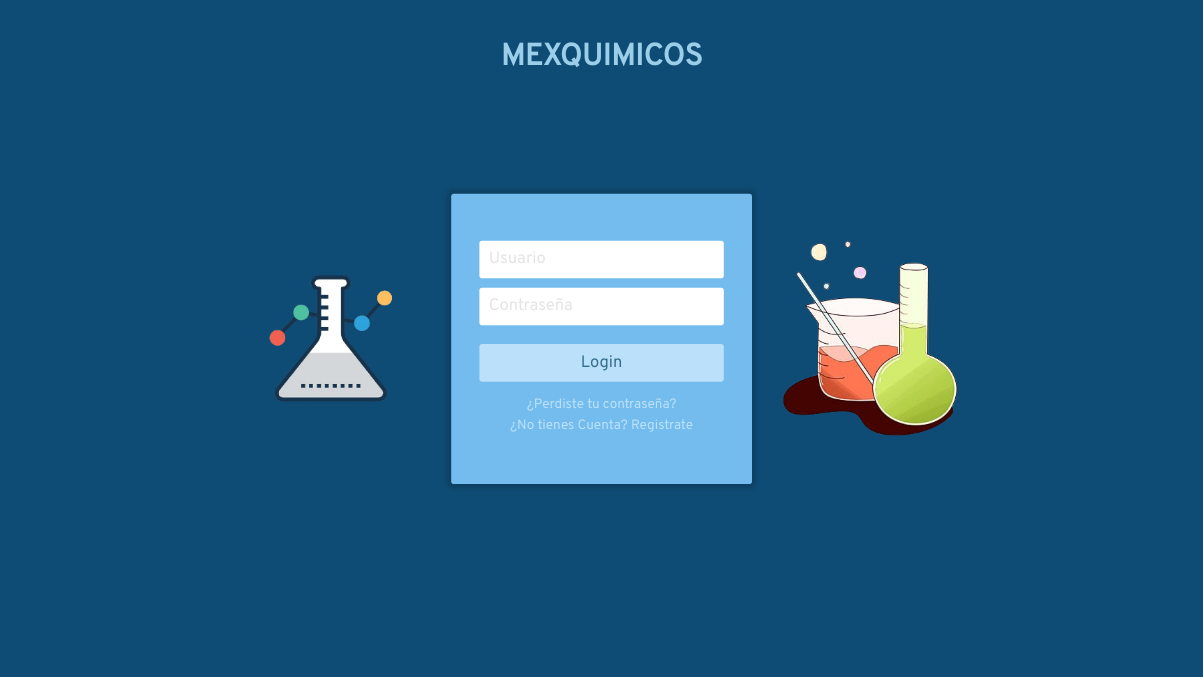
Repository: iDiv3r/MexiQuimicosIsay
Page: Index.html
The author's editor kept a copy of each file at every save. The page is drawn from the files as they stood at one save, then again after the next save.
The browser window is 1280 px wide. The pictures show the whole page, at 94% of full size.

Above is the page before, as saved 2023-11-26 16:25:26.

### Index.html
<!doctype html>
<html lang="es">

    <head>

        <meta charset="utf-8">

        <title> Formulario de Acceso </title>

        <meta name="viewport" content="width=device-width, initial-scale=1.0">
        <meta name="author" content="Videojuegos & Desarrollo">
        <meta name="description" content="Muestra de un formulario de acceso en HTML y CSS">
        <meta name="keywords" content="Formulario Acceso, Formulario de LogIn">

        <link href="https://fonts.googleapis.com/css?family=Nunito&display=swap" rel="stylesheet">
        <link href="https://fonts.googleapis.com/css?family=Overpass&display=swap" rel="stylesheet">
        <link rel="stylesheet" href="css/login.css">

        <style type="text/css">

        </style>

        <script type="text/javascript">

        </script>

    </head>
    <body>

        <div id="contenedor">
          <h1>MEXQUIMICOS</h1>
          <img src="img/L1.png" alt="logo" class="logo">
            <div id="central">
                <div id="login">
                    <form action="Controller.php" method="post">
                        <input type="text" name="txtCorreo" placeholder="Usuario" required>
                        <input type="password" placeholder="Contraseña" name="txtPass" required>
                        <button type="submit" title="Ingresar" name="btnIng">Login</button>
                    </form>
                    <div class="pie-form">
                        <a href="#">¿Perdiste tu contraseña?</a>
                        <a href="#">¿No tienes Cuenta? Registrate</a>
                    </div>
                </div>
            </div>
            <img src="img/L2.png" alt="logo" class="logo">
        </div>
    </body>
</html>

### css/login.css
body {
    font-family: 'Overpass', sans-serif;
    font-weight: normal;
    font-size: 100%;
    color: #9bcee9;

    margin: 0;
    background-color: #0f4c75;
}

#contenedor {
    display: flex;
    align-items: center;
    justify-content: center;

    margin: 0;
    padding: 0;
    min-width: 100vw;
    min-height: 100vh;
    width: 100%;
    height: 100%;
}

#central {
    max-width: 320px;
    width: 100%;
}

.titulo {
    font-size: 250%;
    color:#bbe1fa;
    text-align: center;
    margin-bottom: 20px;
}

#login {
    width: 100%;
    padding: 50px 30px;
    background-color: #73bced;

    -webkit-box-shadow: 0px 0px 5px 5px rgba(0,0,0,0.15);
    -moz-box-shadow: 0px 0px 5px 5px rgba(0,0,0,0.15);
    box-shadow: 0px 0px 5px 5px rgba(0,0,0,0.15);

    border-radius: 3px 3px 3px 3px;
    -moz-border-radius: 3px 3px 3px 3px;
    -webkit-border-radius: 3px 3px 3px 3px;

    box-sizing: border-box;
}

#login input {
    font-family: 'Overpass', sans-serif;
    font-size: 110%;
    color: #599fc4;

    display: block;
    width: 100%;
    height: 40px;

    margin-bottom: 10px;
    padding: 5px 5px 5px 10px;

    box-sizing: border-box;

    border: none;
    border-radius: 3px 3px 3px 3px;
    -moz-border-radius: 3px 3px 3px 3px;
    -webkit-border-radius: 3px 3px 3px 3px;
}

#login input::placeholder {
    font-family: 'Overpass', sans-serif;
    color: #E4E4E4;
}

#login button {
    font-family: 'Overpass', sans-serif;
    font-size: 110%;
    color:#346e8d;
    width: 100%;
    height: 40px;
    border: none;

    border-radius: 3px 3px 3px 3px;
    -moz-border-radius: 3px 3px 3px 3px;
    -webkit-border-radius: 3px 3px 3px 3px;

    background-color: #bbe1fa;

    margin-top: 10px;
}

#login button:hover {
    background-color: #5ccef4;
    color:#bbe1fa;
}

.pie-form {
    font-size: 90%;
    text-align: center;
    margin-top: 15px;
}

.pie-form a {
    display: block;
    text-decoration: none;
    color: #bbe1fa;
    margin-bottom: 3px;
}

.pie-form a:hover {
    color: #0f4c75;
}

.inferior {
    margin-top: 10px;
    font-size: 90%;
    text-align: center;
}

.inferior a {
    display: block;
    text-decoration: none;
    color: #bbe1fa;
    margin-bottom: 3px;
}

.inferior a:hover {
    color: #3282b8;
}

.logo{
    image-rendering: auto;
    width: 20%;
    height: 20%;

}

#contenedor {
    position: relative;
}

h1 {
    position: absolute;
    top: 20px;
    left: 50%;
    transform: translateX(-50%);
}

After the next save:
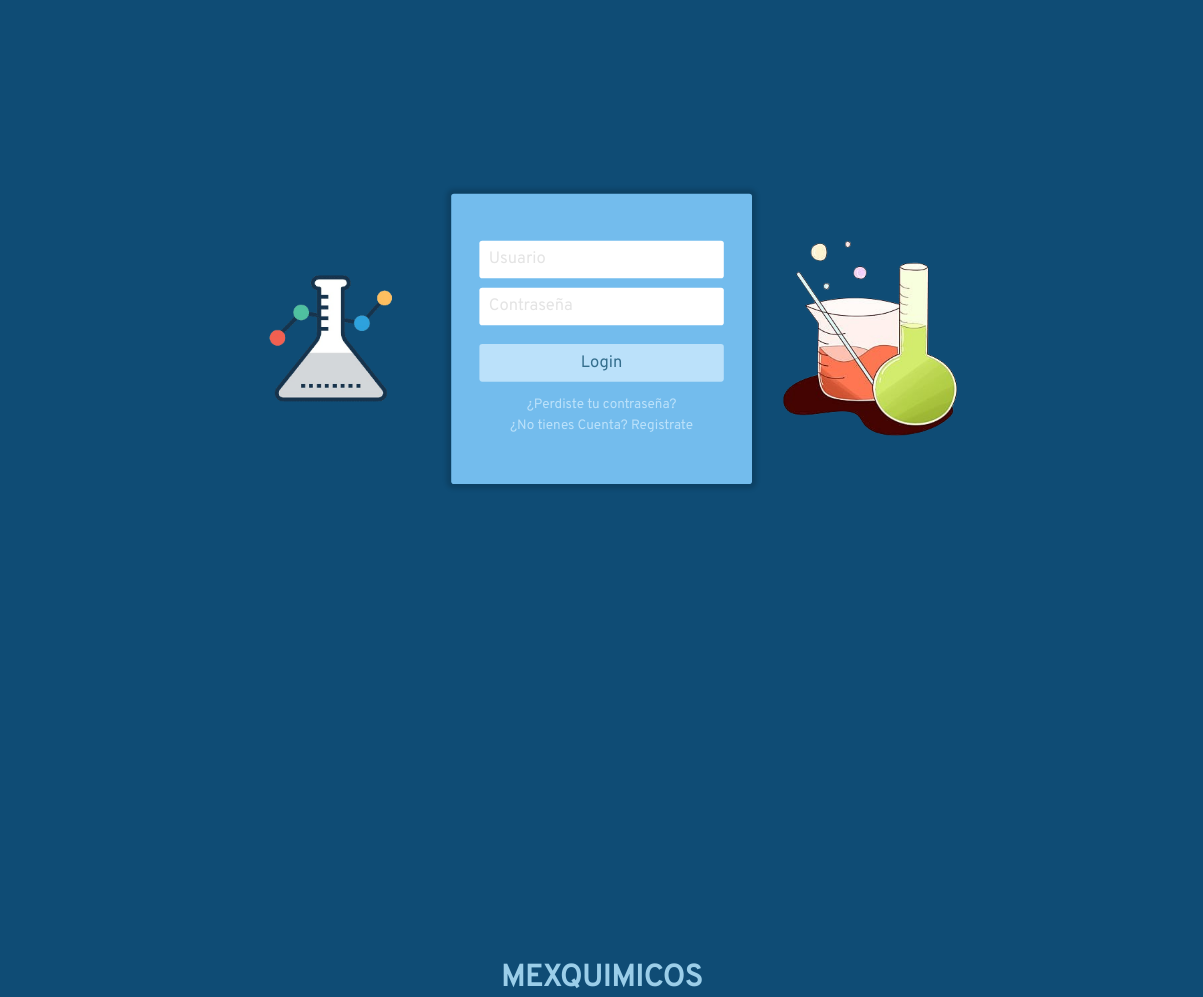
Saved 6 s later.
--- a/css/login.css
+++ b/css/login.css
@@ -143,7 +143,7 @@ body {
 
 h1 {
     position: absolute;
-    top: 20px;
+    top: 1000px;
     left: 50%;
     transform: translateX(-50%);
 }
